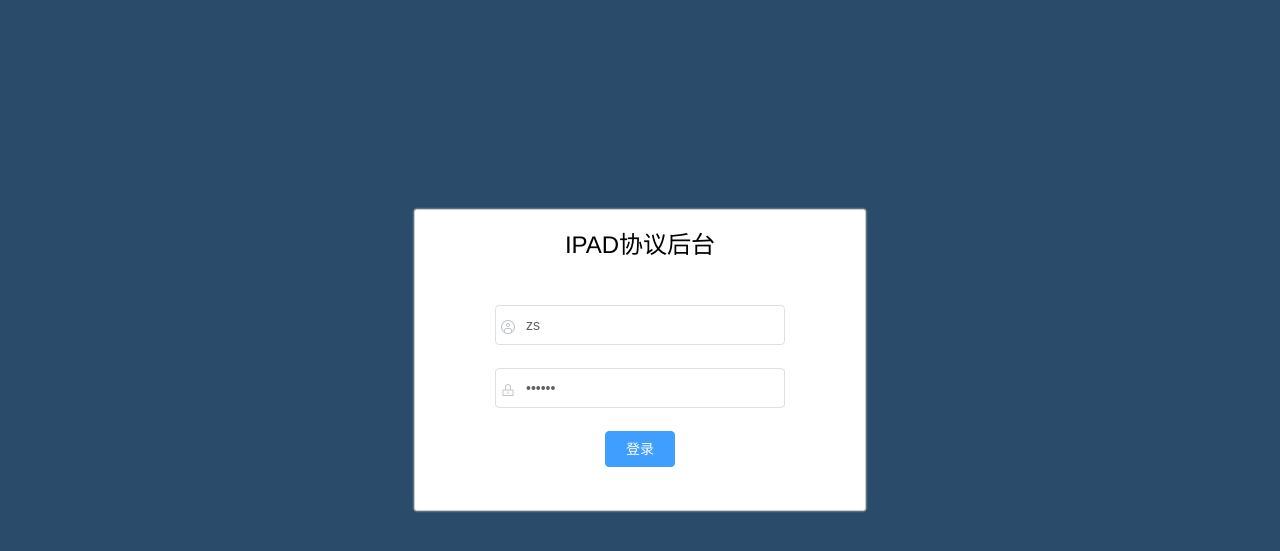
Repository: Iamanuan/ipad_admin
Page: /#/login
An editor plug-in stored every save of this project. The page is shown before and after the next save, followed by the edit.
The browser window is 1280 px wide. The pictures show the whole page.
The project was rebuilt for these pictures with package versions that can differ from the ones it lists, and the page was loaded fresh each time. Also part of the build but not shown: vue.config.js.

Above is the page before, as saved 2020-05-07 14:07:53.

After the next save:
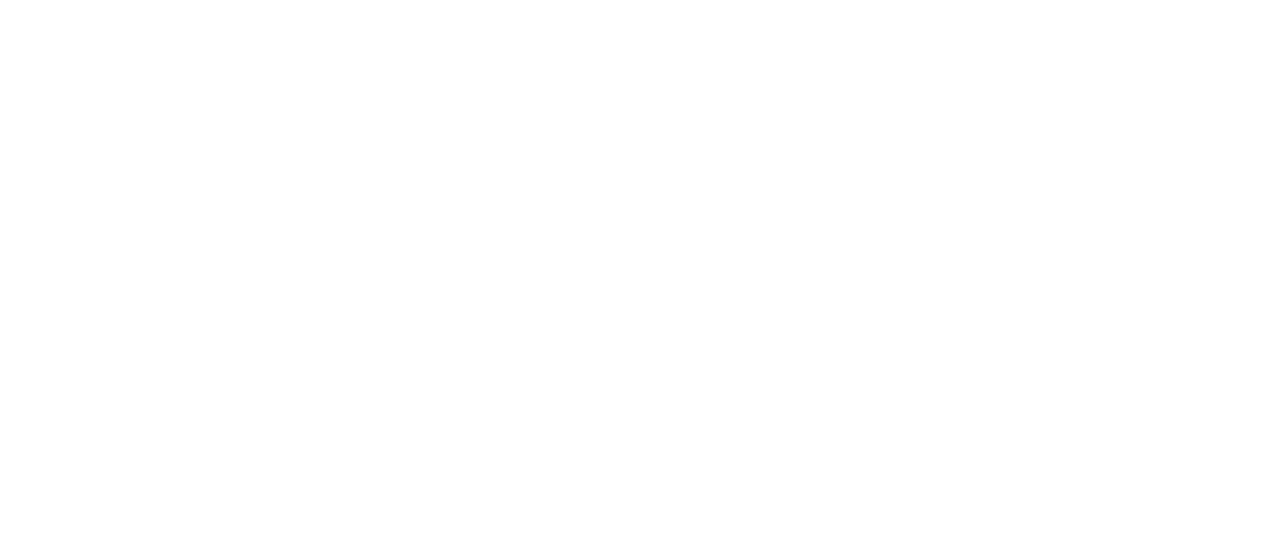
Saved 41 s later.
--- a/src/components/Login.vue
+++ b/src/components/Login.vue
@@ -32,9 +32,9 @@
         userName: 'zs',
         passWord: '123123'
       },
-      // 验证表单
+      // 表单的验证规则对象
       loginFormRules:{
-
+        userName
       }
     }
   }

After the save that followed:
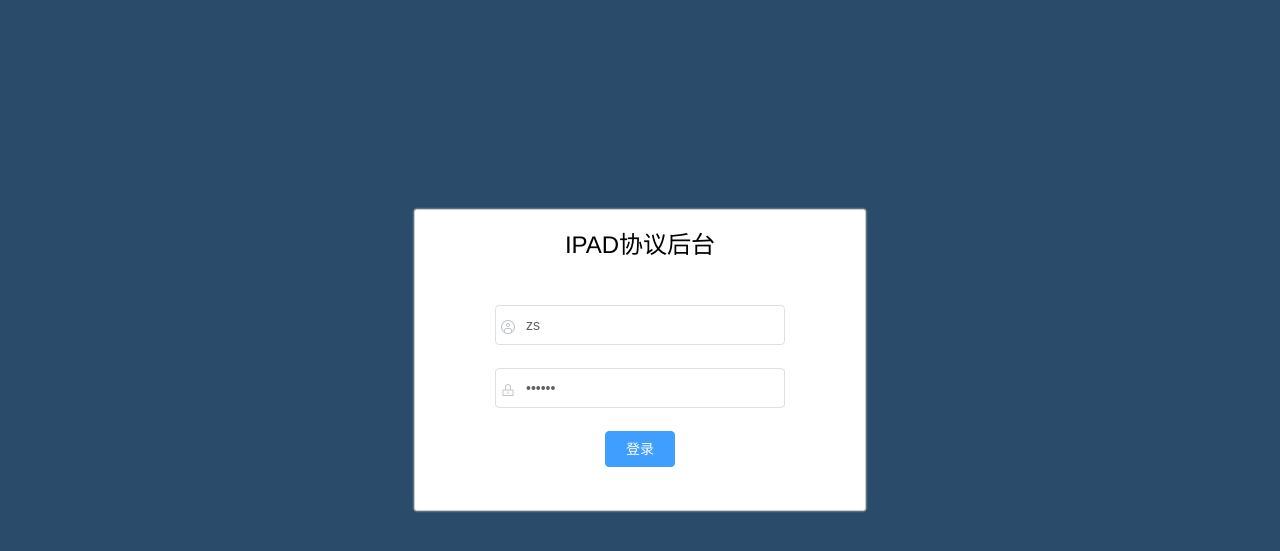
Saved 22 s later.
--- a/src/components/Login.vue
+++ b/src/components/Login.vue
@@ -34,7 +34,12 @@
       },
       // 表单的验证规则对象
       loginFormRules:{
-        userName
+        userName: [
+
+        ],
+        passWord: [
+
+        ]
       }
     }
   }
